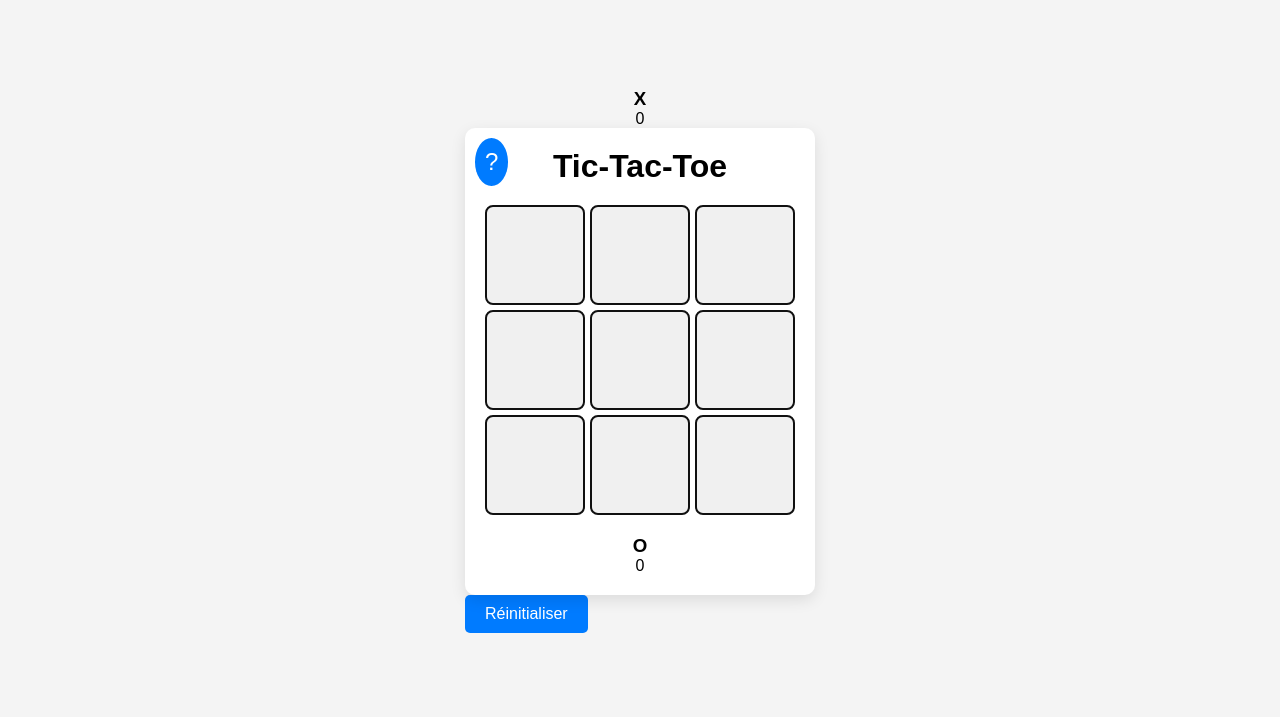
Repository: FTheo57/EvaluationGit
Page: index.html
An editor plug-in stored every save of this project. The page is shown before and after the next save, followed by the edit.
The browser window is 1280 px wide. The pictures show the whole page.

Above is the page before, as saved 2025-03-10 16:33:23.

After the next save:
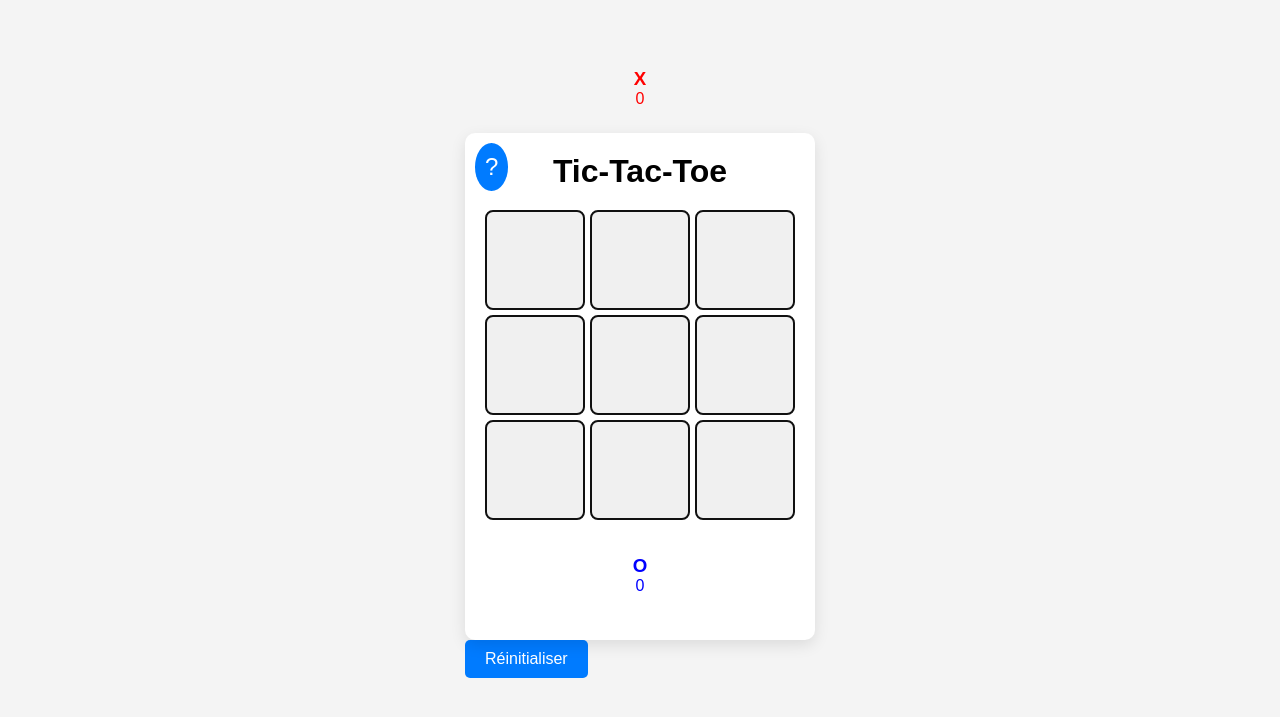
Saved 2 min 40 s later.
--- a/css/styles.css
+++ b/css/styles.css
@@ -24,6 +24,17 @@ body {
 
 .score-container {
     text-align: center;
+    padding: 15px;
+    border-radius: 8px;
+    margin: 10px;
+}
+
+#score-x {
+    color: #ff0000;
+}
+
+#score-o {
+    color: #0000ff;
 }
 h1 {
     margin-bottom: 20px;
